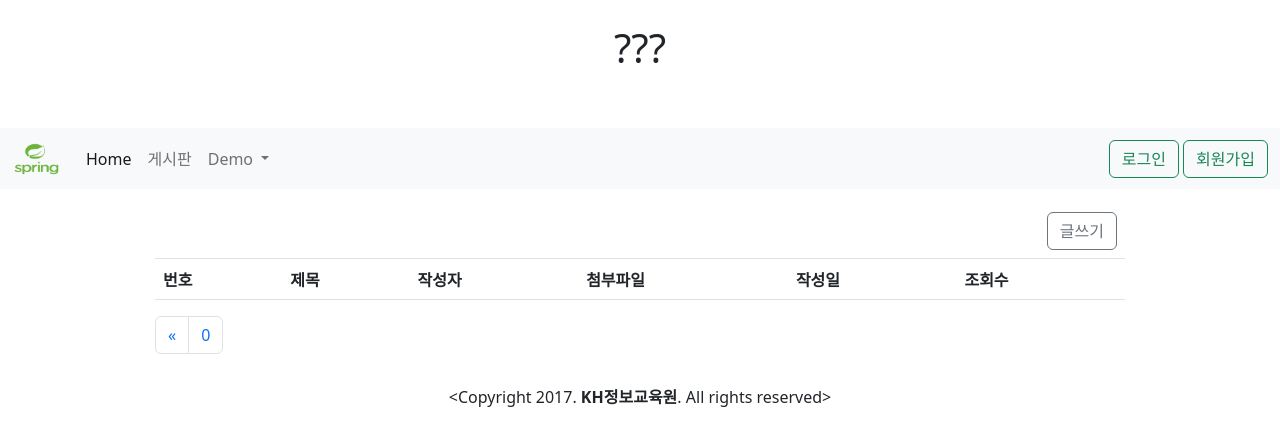
Repository: pcj0310/06_springWork
Page: http://localhost/springProject/WEB-INF/views/board/boardList.jsp
These files come from the project's save history. The page is drawn as it stood at one moment and after the next save; the edit follows.
The browser window is 1280 px wide. The pictures show the whole page.
The page is served by Tomcat 9. Nobody is signed in. The template is opened directly, without the code that normally fills it, so the values that code supplies are empty.

Above is the page before, as saved 2023-06-19 02:05:16.
Console error: TypeError: Cannot read properties of null (reading 'addEventListener')

After the next save:
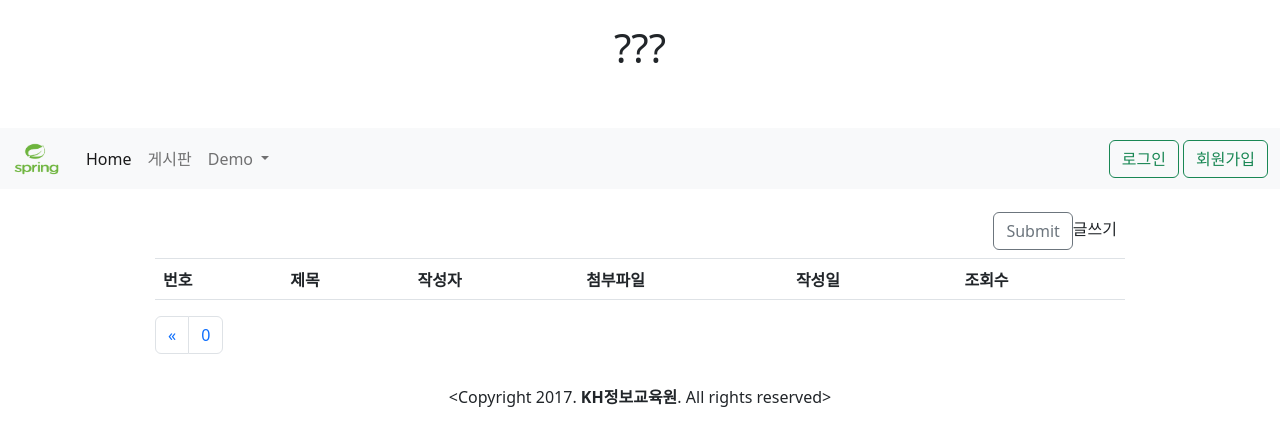
The error is gone.
Saved 2 min 16 s later.
--- a/springProject/src/main/webapp/WEB-INF/views/board/boardList.jsp
+++ b/springProject/src/main/webapp/WEB-INF/views/board/boardList.jsp
@@ -18,7 +18,7 @@
 	<table class="table">
 		<tr>
 			<td colspan="6" align="right">
-				<button type="button" class="btn btn-outline-secondary" >글쓰기</button>
+				<input type="submit" class="btn btn-outline-secondary" id="enrollBtn">글쓰기</button>
 			</td>
 		</tr>
 		<tr>
